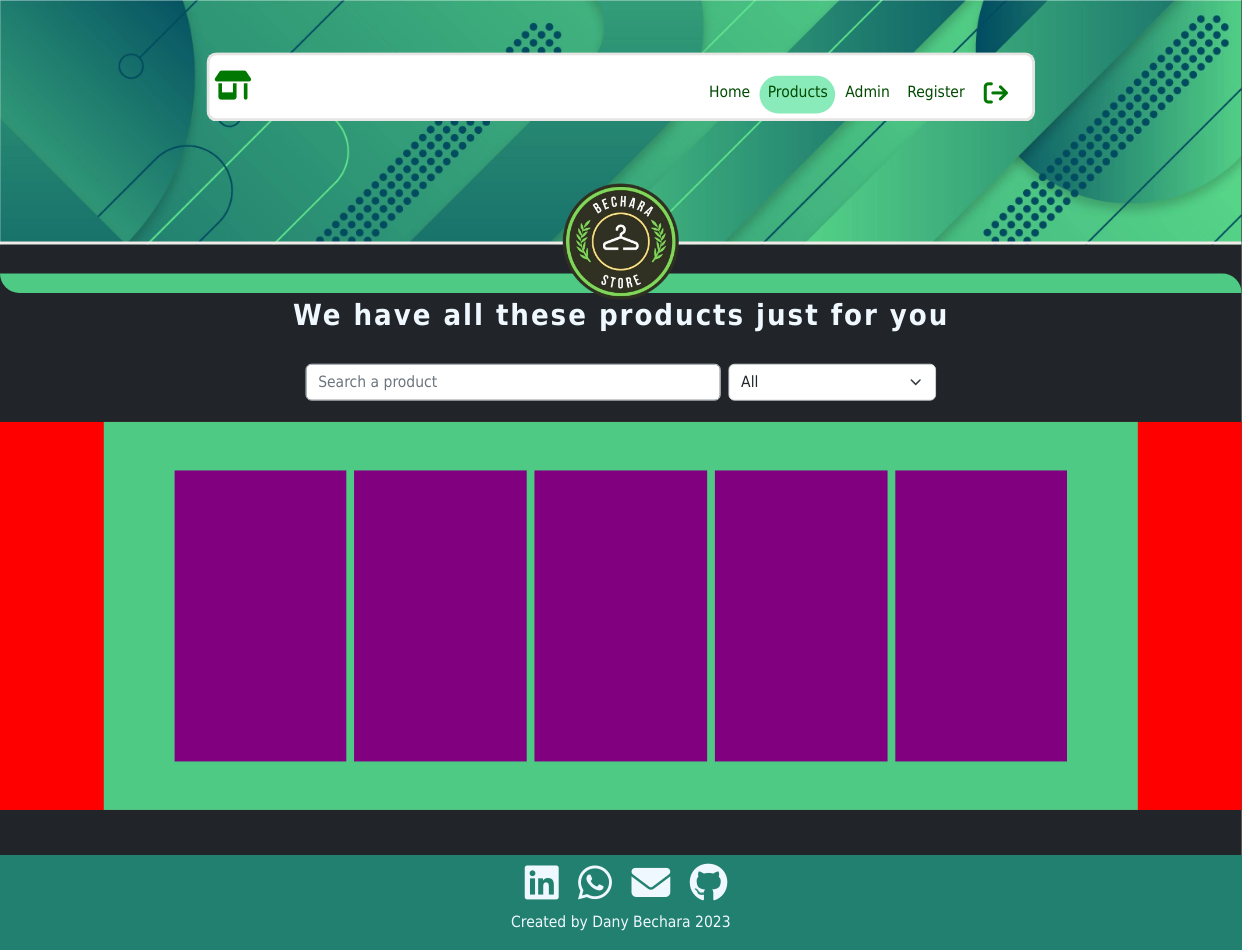
Repository: bechara611/becharastore
Page: /Products
An editor plug-in stored every save of this project. The page is shown before and after the next save, followed by the edit.
The browser window is 1280 px wide. The pictures show the whole page, at 97% of full size.
Backgrounds fixed to the window are drawn as part of the page. The project was rebuilt for these pictures with package versions that can differ from the ones it lists, and the page was loaded fresh each time. Some packages were replaced by stand-ins written for this rebuild. Also part of the build but not shown: src/hooks/useAuth.jsx, src/hooks/useForm.jsx, src/Auth/components/LoginAndRegister.css, src/Auth/components/Login.jsx, src/Auth/components/Register.jsx, src/UI/helper/ElementoActivo.js, src/UI/Components/FormularioContacto.css, src/UI/Components/FormularioContacto.jsx and 1 more.

Above is the page before, as saved 2023-02-02 08:51:26.

### public/index.html
<!DOCTYPE html>
<html lang="en">
  <head>
    <meta charset="utf-8" />
    <link rel="icon" href="%PUBLIC_URL%/favicon.ico" />
    <meta name="viewport" content="width=device-width, initial-scale=1" />
    <meta name="theme-color" content="#000000" />
    <meta
      name="description"
      content="Web site created using create-react-app"
    />
    <link rel="apple-touch-icon" href="%PUBLIC_URL%/logo192.png" />
    <link rel="preconnect" href="https://fonts.googleapis.com">
    <link rel="stylesheet" href="https://cdnjs.cloudflare.com/ajax/libs/font-awesome/6.2.1/css/all.min.css" integrity="sha512-MV7K8+y+gLIBoVD59lQIYicR65iaqukzvf/nwasF0nqhPay5w/9lJmVM2hMDcnK1OnMGCdVK+iQrJ7lzPJQd1w==" crossorigin="anonymous" referrerpolicy="no-referrer" />
<link rel="preconnect" href="https://fonts.gstatic.com" crossorigin>
<link rel="preconnect" href="https://fonts.googleapis.com">
<link rel="preconnect" href="https://fonts.gstatic.com" crossorigin>
<link href="https://fonts.googleapis.com/css2?family=Montserrat:ital,wght@0,100;0,200;0,300;0,400;0,500;0,600;0,700;0,800;0,900;1,100;1,200;1,300;1,500;1,700;1,800;1,900&family=Shadows+Into+Light&display=swap" rel="stylesheet">
<link rel="stylesheet"href="https://fonts.googleapis.com/css?family=Roboto:300,400,500,700&display=swap"/>
<!--
      manifest.json provides metadata used when your web app is installed on a
      user's mobile device or desktop. See https://developers.google.com/web/fundamentals/web-app-manifest/
    -->
    <link rel="manifest" href="%PUBLIC_URL%/manifest.json" />
    <!--
      Notice the use of %PUBLIC_URL% in the tags above.
      It will be replaced with the URL of the `public` folder during the build.
      Only files inside the `public` folder can be referenced from the HTML.

      Unlike "/favicon.ico" or "favicon.ico", "%PUBLIC_URL%/favicon.ico" will
      work correctly both with client-side routing and a non-root public URL.
      Learn how to configure a non-root public URL by running `npm run build`.
    -->

<link href="https://cdn.jsdelivr.net/npm/bootstrap@5.2.3/dist/css/bootstrap.min.css" rel="stylesheet" >


  </head>
  <body>
    <noscript>You need to enable JavaScript to run this app.</noscript>
    <div id="root"></div>
    <!--
      This HTML file is a template.
      If you open it directly in the browser, you will see an empty page.

      You can add webfonts, meta tags, or analytics to this file.
      The build step will place the bundled scripts into the <body> tag.

      To begin the development, run `npm start` or `yarn start`.
      To create a production bundle, use `npm run build` or `yarn build`.
    -->
    <script src="https://cdn.jsdelivr.net/npm/bootstrap@5.2.3/dist/js/bootstrap.bundle.min.js" integrity="sha384-kenU1KFdBIe4zVF0s0G1M5b4hcpxyD9F7jL+jjXkk+Q2h455rYXK/7HAuoJl+0I4" crossorigin="anonymous"></script>
  </body>

</html>

### src/index.css

:root {
    --verde1: rgb(2, 74, 2);
    --verde2:rgb(1, 120, 1);
    --verde3:rgb(23, 215, 119,.5);
    --verde4:rgba(78,202,132,255);
    --verde5:rgba(34,128,112,255);
  }


*{
    color: aliceblue;
    /* font-family: 'Montserrat', sans-serif; */
    font-family: 'Droid Sans', Tahoma, Geneva, Verdana, sans-serif;

}

.fondito{
    background: red;
}
.fondito2{
    background: purple;
}

### src/App.jsx
import React, { useEffect } from 'react'
import { Caparazon } from './UI/Components/Caparazon'
import { ContenedorPrincipal } from './UI/Components/ContenedorPrincipal'
import { Header } from './UI/Components/Header'
import { Footer } from './UI/Components/Footer'
import { MainCuerpo } from './UI/Components/MainCuerpo'
import { useDispatch, useSelector } from 'react-redux'
import { onResetError } from './UI/slice/uiSlice'
import Swal from 'sweetalert2'
export const App = () => {
  const uiEstado = useSelector((state)=>state.ui)
  const dispatch = useDispatch()
  useEffect(() => {
    if(uiEstado.error!==null){
      console.log(uiEstado.error)
      Swal.fire('Error',uiEstado.error,'error')
      dispatch(onResetError())

    }
  // eslint-disable-next-line react-hooks/exhaustive-deps
  }, [uiEstado.error])

  return (
    <>
      {/*Primero el caparazon de la pagina, que es un div que tiene un 100vh de altura, el cual en el obtiene a sus children:
    esto children son el Header ocupando el 30vh y el Contenedor Principal ocupando el 70vh restante.
  */}
      <Caparazon>
        <Header></Header>
        <ContenedorPrincipal> {/*El contenedor principal a su vez lleva sus hijos dos elementos, el footer que le pusimos absolute para ubicarlo de ultimo y el MainCuerpo que tienes las rutas */}
          <MainCuerpo></MainCuerpo>{/*Este MainCuerpo tiene las rutas de la aplicacion, es el main de la pagina y lo que va a cambiar dependiendo donde estemos */}


          <Footer></Footer>  {/*Este es el footer que utilizamos para el pie de pagina, tiene posicion absolute como dije anteriormnete */}
        </ContenedorPrincipal>


      </Caparazon>
    </>

  )
}

### src/store/Store.jsx
import { configureStore } from "@reduxjs/toolkit"
import authSlice from "../Auth/slice/authSlice"
import uiSlice from "../UI/slice/uiSlice"


export const store= configureStore({
    reducer:{
        auth:authSlice.reducer,
        ui:uiSlice.reducer
    },
    middleware:(getDefaultMiddleware)=>{
        return getDefaultMiddleware({serializableCheck:false})
    }
})

### src/UI/Components/Caparazon.jsx
import React from 'react'
import './Caparazon.css'
export const Caparazon = ({ children }) => {
    return (
        <>
{/*Caparazon princiapal donde el mismo tiene un flex en colum, adentro tiene sus hijos que son un div que
ocupe el 70vh donde eesta todo lo demas y el 30vh primero es del header */}
            <div className='caparazonPrincipal bg-dark'>

                {children}

            </div>
        </>
    )
}

### src/UI/Components/ContenedorPrincipal.jsx
import React from 'react'
import './ContenedorPrincipal.css'
export const ContenedorPrincipal = ({ children }) => {
  return (
    <div className='ContenedorPrincipal'>
    {/*Aca de hijos tendran las rutas para verse en el medio y el footer, este tiene un position relative para que su hijo footer pueda
  ubicarse en la parte de abajo */}
      {children}
    </div>
  )
}

### src/UI/Components/Header.jsx
import React from 'react'
import './Header.css'
import { MenuNavbar } from './MenuNavbar'
import brand from './../../img/brand2.png'


export const Header = () => {
  return (
    <>
      {/*El header ocupa el 30vh de la pagina, el primer div lo tiene, aca se incorpora el nav y el logo. */}
      <div className="header">
        <div className="col-12">


          <MenuNavbar></MenuNavbar>
          <div className="row">
            <div className="col-12 filaLogoHeader">
              <img src={brand} className='brand animate__animated animate__flip' id='brand' alt="brand" />

            </div>
          </div>

        </div>

      </div>



    </>
  )
}

### src/UI/Components/Footer.jsx
import React from 'react'
import './Footer.css'


let linkdn="https://linkedin.com/in/DanyBechara";
let correo="mailto:bechara611@gmail.com";
let blank='_blank';
let github='https://github.com/bechara611';
let whatssap='https://wa.me/584120361952';

export const Footer = () => {
  return (
    <>
      {/*Aca este footer le estamos colocando una posicion absolute y a su padre relativa para poder ubicarlo al final de su div padre */}
      <div className="footer col-12 mt-5 pt-1">
      <a href={linkdn} target={blank} className='animate__animated animate__lightSpeedInLeft'><i className=" linkdin fa-brands fa-linkedin iconoRedes"></i></a>
      <a href={whatssap} target={blank}  className='animate__animated animate__lightSpeedInLeft'><i className="whatssap fa-brands fa-whatsapp iconoRedes"></i></a>
      <a href={correo} target={blank}  className='animate__animated animate__lightSpeedInLeft'><i className="gmail fa-solid  fa-envelope iconoRedes"></i></a>
      <a href={github} target={blank}  className='  animate__animated animate__lightSpeedInLeft'><i className=" github fa-brands fa-github iconoRedes"></i></a>

     <div className="col-12 contenedor-mensaje-footer mt-1">
     <div className="col-12 contenedor-mensaje-footer">
     <p className='mensaje'>Created by Dany Bechara {new Date().getFullYear().toString()}</p>
     </div>

     </div>
      </div>
    </>

  )
}

### src/UI/Components/MainCuerpo.jsx
import React from 'react'
import { RouterApp } from '../../router/Routes'
import './MainCuerpo.css'

export const MainCuerpo = () => {

  return (
    <>
    {/*Aca se guardan las rutas como tal de la aplicacion y es llamado adentro de contenedorPrincipal */}
    <RouterApp></RouterApp>
    <div className='mb-5 pb-5'></div>
    </>
    )
}

### src/UI/slice/uiSlice.jsx
const { createSlice } = require("@reduxjs/toolkit");

const initialState={
    error:null
}
const uiSlice = createSlice({
    name:'ui',
    initialState,
    reducers:{//este reducer es para activar o desactivar un error siempre en pantalla dependiendo si cambia el estado, el mismo
        //activa una funcion que se encuentra en el archivo App.jsx, donde mostrar una ventana emergente de error en caso de que no sea null y al mismo tiempo por alla la desactiva
              // dispatch(onAsignarError({error:'Esto es un error desde el nav'}))
        onAsignarError:(state,action)=>{
            state.error=action.payload.error
        },
        onResetError:(state,action)=>{
            state.error=null
        }
    }
})

export default uiSlice;
export const {onAsignarError,onResetError} = uiSlice.actions;

### src/Auth/slice/authSlice.jsx
import { createSlice } from "@reduxjs/toolkit";

const initialState = {
    user: {
        token: 'abc123',
        _id: 1,
        name: 'Dany',
        email: 'Bechara611@gmail.com',
        level: 'admin'
    },
    status: 'logueado',
    initialDate: new Date()
}

const authSlice = createSlice({
    name: 'auth',
    initialState,
    reducers: {
        MostrarEnConsola: (state, action) => {
            console.log('Hola mundo')
        },
        onLogout: (state, action) => {

            state.status = 'no-logueado'
            state.user = {
                token: null,
                _id: null,
                name: null,
                email: null,
                level: null
            }
            state.initialDate = null;
        },
        onLogin: (state, {payload}) => {
             state.user = {
                 token: payload.token,
                 _id: payload._id,
                 name: payload.name,
                 email: payload.email,
                 level: payload.level
             }
            state.status = 'logueado'
            state.initialDate = new Date();
        },

    },

})

export const { MostrarEnConsola, onLogout, onLogin } = authSlice.actions;
export default authSlice

### src/UI/Components/Caparazon.css
/*Estilos del caparazon como tal principal*/
    /*Aca colocamos que el caparazonPrincipal ocupa toda la pantalla, y una direccion en column para que el header sea de 30vh y el resto el otro div  */
.caparazonPrincipal{
    display: flex;
    flex-direction: column;
    justify-content: space-between;
    min-height: 100vh;
  overflow-x: hidden;
  overflow-y: visible;
}

### src/UI/Components/ContenedorPrincipal.css
/*Aca al contenedor ponemos positionRelative para que el footer pueda tener una posicion absoluta y se pueda posicionar al final*/
.ContenedorPrincipal{
    min-height: 65vh;

    position: relative;
}

### src/UI/Components/Header.css
.header {
    display: flex;
    background: rgb(157, 240, 194) url("./../../img/Header2.jpg");
    background-color: rgb(18, 18, 18);
    background-repeat: no-repeat;
    background-attachment: fixed;
    background-size: cover;
    background-position: top center;
    min-height: 30%;
    height: 35vh;
    max-height: 35vh;
    width: 100%;
    min-width: 100%;
    position: relative;
    border-bottom: 3px solid rgb(244, 233, 233);
}

/*Aca estoy posicion en el medio el logo como tal del header y luego abajo le pongo una posicion absolute para moverlo*/
.filaLogoHeader {
    display: flex;
    flex-direction: row;
    justify-content: center;

}

.brand {
    width: 150px;
    height: 150px;
    max-height: 150px;
    max-width: 150px;
    min-height: 150px;
    position: absolute;
    bottom: -30%;
  z-index: 1000;

}

/*?RESPONSIVE*/


@media(max-width:500px){

    .brand {
        width: 100px;
        height:100px;
        max-height: 100px;
        max-width: 100px;
        min-height: 10px;
        position: absolute;
        z-index: 1;
        bottom: -20%;

    }
}

### src/UI/Components/MenuNavbar.jsx
import React, { useEffect } from 'react'
import { useDispatch, useSelector } from 'react-redux';
import { NavLink } from 'react-router-dom';
import { onLogout } from '../../Auth/slice/authSlice';
import { Animacionlogo } from '../helper/AnimacionAlLogo';

import './MenuNavbar.css'

export const MenuNavbar = () => {
    const authEstado = useSelector((state)=>state.auth);
    useEffect(() => {
        /**Esta parte es para colocarle al nombre del boton register cuando los dispositivos sean pequenos */
        if (window.screen.width < 350) {
            const boton = document.getElementById('navLogout');
            boton.innerHTML = 'Logout'
        }

    }, [])
    const dispatch = useDispatch();
    return (
        <>
            {/**Aca va el navBar de la aplicacion que tendra el menu */}
            <div className="col-12 contenedor-nav">
                <nav className="navbar navbar-expand-md  menunav col-8 ">


                  <NavLink to={'/'}> <i className="fa-solid fa-shop marca"></i></NavLink>


                    <button
                        className="navbar-toggler"
                        type="button"
                        data-bs-toggle="collapse"
                        data-bs-target="#navbarNavAltMarkup"
                        aria-controls="navbarNavAltMarkup"
                        aria-expanded="false"
                        aria-label="Show / Hide Menu"
                    >
                        <span className="navbar-toggler-icon"></span>
                    </button>
                    <div className="collapse navbar-collapse mt-3" id="navbarNavAltMarkup">
                        <div className="navbar-nav col-12  contenedor-interno-nav">
                            <NavLink className={ ({isActive}) => `nav-item nav-link  ${ isActive ? 'activeLink':'' }` } to={'/'} onClick={()=>Animacionlogo()}>
                            Home</NavLink>

                            <NavLink className={ ({isActive}) => `nav-item nav-link  ${ isActive ? 'activeLink':'' }` } to={'/Products'} onClick={()=>Animacionlogo()}>Products</NavLink>
                            <NavLink className={ ({isActive}) => `nav-item nav-link  ${ isActive ? 'activeLink':'' }` } to={'/admin'} onClick={()=>Animacionlogo()}>Admin</NavLink>
                            <NavLink className={ ({isActive}) => `nav-item nav-link  ${ isActive ? 'activeLink':'' }` } to={'/Register'} onClick={()=>Animacionlogo()}>Register</NavLink>
                            {
                                authEstado.status==='logueado' ?
                                <NavLink id='navLogout' className={ ({isActive}) => `nav-item nav-link ` } to={'/'} onClick={()=>{Animacionlogo()
                                    dispatch(onLogout())

                                    }}> <i title='Logout' className="fa-solid fa-arrow-right-from-bracket logout-icono"></i></NavLink>

                             :
                              <>
                              <NavLink className={ ({isActive}) => `nav-item nav-link   ${ isActive ? 'activeLink':'' }` } to={'/auth'} onClick={()=>Animacionlogo()}>Login</NavLink>
                              </>
                            }


                            </div>
                    </div>
                </nav>
            </div>
        </>
    )
}

### src/UI/Components/Footer.css
.footer{

    background: var(--verde5);
    position: absolute;
    bottom: 0%;
    display: flex;
    flex-direction: row;
    justify-content: center;
    text-align: center;
    align-items: center;
    justify-items: center;
 flex-wrap: wrap;

}

.iconoRedes{
    font-size: 40px;
    padding-left: 10px;
    margin: 5px;
}

.github:hover{
    color: #6e5494;

}

.whatssap:hover{
color: #25d366;
}

.gmail:hover{
color:#cc0000;
}
.linkdin:hover{
color:#00a0dc;
}

.contenedor-mensaje-footer{
    display: flex;
    flex-direction: row;
    justify-content: center;
    text-align: center;
    align-items: center;
    justify-items: center;
}

/*?RESPONSIVE*/

@media(max-width:255px){
    .iconoRedes{
        font-size: 30px;
        padding-left: 5px;
    }
    .mensaje{
        font-size: 10px;
    }
}

### src/router/Routes.jsx
import React from 'react'
import { Navigate, Route, Routes } from 'react-router-dom'
import { Login } from '../Auth/components/Login'
import { Register } from '../Auth/components/Register'
import { ListadoProductos } from '../Products/components/ListadoProductos'
import { Home } from '../UI/Components/Home'

/*Este componente es nuestro router, que segun la URL donde estemos mostrada:
1) Una pagina Home
2) Pagina de registro
3) Pagina de login
4) Pagina de Productos
*/

export const RouterApp = () => {
  return (
    <Routes>
    <Route path='/' element={<Home></Home>}></Route>
    <Route path='/auth' element={<Login></Login>}></Route>
    <Route path='/Register' element={<Register></Register>}></Route>
    <Route path='/Products' element={<ListadoProductos></ListadoProductos>}></Route>
    <Route path='/admin' element={<h1>Admin</h1>}></Route>
    <Route path='/*' element={<Navigate to={'/'}></Navigate>}></Route>
    </Routes>
  )
}

### src/UI/Components/MenuNavbar.css
.contenedor-nav {
    position: fixed;
    display: flex;
    flex-direction: row;
    justify-content: center;
    align-self: center;
    align-items: center;
    position: absolute;
    bottom: 50%;
    z-index: 2;

}
.marca{
 font-size: 30px;
 color: black;
 color: var(--verde2);
 padding-right: 10px;

}
.marca:hover{
    color: var(--verde5);
}
.logout-icono{
    font-size: 25px;
    color: black;
    color: var(--verde2);
    padding-right: 10px;

   }
.logout-icono:hover{
    color: var(--verde5);
}

.menunav {
    background: rgba(255, 255, 255, 1);
    border-radius: 10px;
    padding: 5px;
    border: 3px solid rgba(205, 204, 200, 0.5);
    flex-wrap: wrap;
    display: flex;

}

/*Esta parte es el contenedor que tiene el navbar de los navLink es decir, menu como tal.
Estoy diciendo que normalmente estaran a la derecha.
*/
.contenedor-interno-nav {
    display: flex;
    flex-direction: row;
    justify-content: flex-end;
    flex-wrap: wrap;

}
/*Diseno a los links como tal*/
.nav-link{
    margin-left: 2px;
    color: var(--verde1);
    font-weight: 400;
    background: rgb(44, 232, 138,0);
    border-radius: 30px;
    padding: 5px;

}
.nav-link:hover{
   color: var(--verde2)

}
.activeLink{  background: var(--verde3);
    border-radius: 30px;}

/**-----------------------------------------------------------------------------*/

/*?RESPONSIVE*/

/*Para este apartado cuando llegue a cierto tamaño como tal el nav se pondra mas abajo para que al darle al boton se abra y se pueda apreciar y no quede muy arriba*/
@media(max-width:500px) {
    .contenedor-nav {
       position: sticky;

    }
    /*Aca haces que el navBar tenga todo el tamaño al llegar a dispositivos pequeños*/
    .menunav {
        width: 100%;

    }
}

/*SERIE DE RESPONSIVES A LOS PADDING DE LAS OPCIONES DEL MENU*/

@media(max-width:375px){
    .nav-link{
        margin-left: 5px;
    }
}

@media(max-width:262px){
    .nav-link{
        margin-left: 10px;
    }
    .menunav{
        justify-content: center;
        text-align: center;
        align-items: center;
        align-self: center;
    }
}

/*Necesidad de que el nav el menu se pongan o separados o uno debajo del otro cuando se active el boton del collapse*/
@media(max-width:992px) {
    .contenedor-interno-nav {
        justify-content: space-around;
    }
}

### src/Products/components/ListadoProductos.css
.separador2{
    color: var(--verde4);
    background-color: var(--verde4);
    height: 20px;
    margin-top: 30px;
    margin-bottom: 5px;
    border-end-start-radius: 100px;
    border-top-right-radius: 100px;

}

.contenedor-busqueda{
    display: flex;
    flex-direction: row;
    justify-content: center;
    align-items: center;

    margin-top: 10px;
    padding: 10px;
}


.opcionSelect{
    color: black;
}

.contenedor-productos-padre{
    display: flex;
    flex-direction: row;
    justify-content: center;
}
.contenedor-productos-hijo{
    height: 400px;
    background: var(--verde4);
    display: flex;
    flex-direction: row;
    justify-content: center;
    justify-items: center;
    justify-self: center;
}
.contenedor-producto-hijoJr{
    height: 300px;
    align-self: center;
}

### src/UI/Components/Home.css
.PadreHome {
    justify-content: center;
    display: flex;
    flex-wrap: wrap;
    align-items: center;
    justify-items: center;

}

.separador {
    color: var(--verde5);
    background-color: var(--verde5);
    height: 20px;
    margin-top: 30px;
    margin-bottom: 5px;
    border-end-start-radius: 100px;
    border-top-right-radius: 100px;

}

.contenedor-imagen {}

.cajaImagen{
    border-bottom: 2px solid var(--verde5);
    border-radius: 10px;

}

.contenedor-escrito {
    display: flex;
    flex-direction: row;
    justify-content: center;
    flex-wrap: wrap;
    justify-content: center;
    text-align: center;
}

.contenedor-titulo {
    display: flex;
    justify-content: center;
    justify-items: center;
    justify-self: center;
    align-items: center;
    flex-wrap: wrap;
    text-align: center;
}

.titulo {
    font-weight: 800;
    font-size: 30px;
    letter-spacing: 2px;


}

.contenedor-texto {
    text-align: center;
    justify-content: center;

}

.btn-texto{}



.contenedor-contacto{
    display: flex;
    flex-direction: row;
    justify-content: center;
    align-items: center;
    flex-wrap: wrap;
}
.titulo-contacto{
    font-weight: 400;
    font-size: 30px;
    letter-spacing: 2px;

}
/*CLASES PARA ANIMACIONES*/
.opacity0{
    opacity: 0;
}

/*?RESPONSIVE*/
@media(max-width:350px){
    .titulo {

        font-size: 25px;
        padding: 2px;


    }
    .titulo-contacto{
        font-size: 25px;
        padding: 2px;
    }
}

Loaded but not shown: src/index.js (18 lines, source omitted); src/UI/helper/AnimacionAlLogo.js (9 lines, source omitted); src/Products/components/ListadoProductos.jsx (71 lines, source omitted); src/UI/Components/MainCuerpo.css (no stored copy; drawn as an empty file)

After the next save:
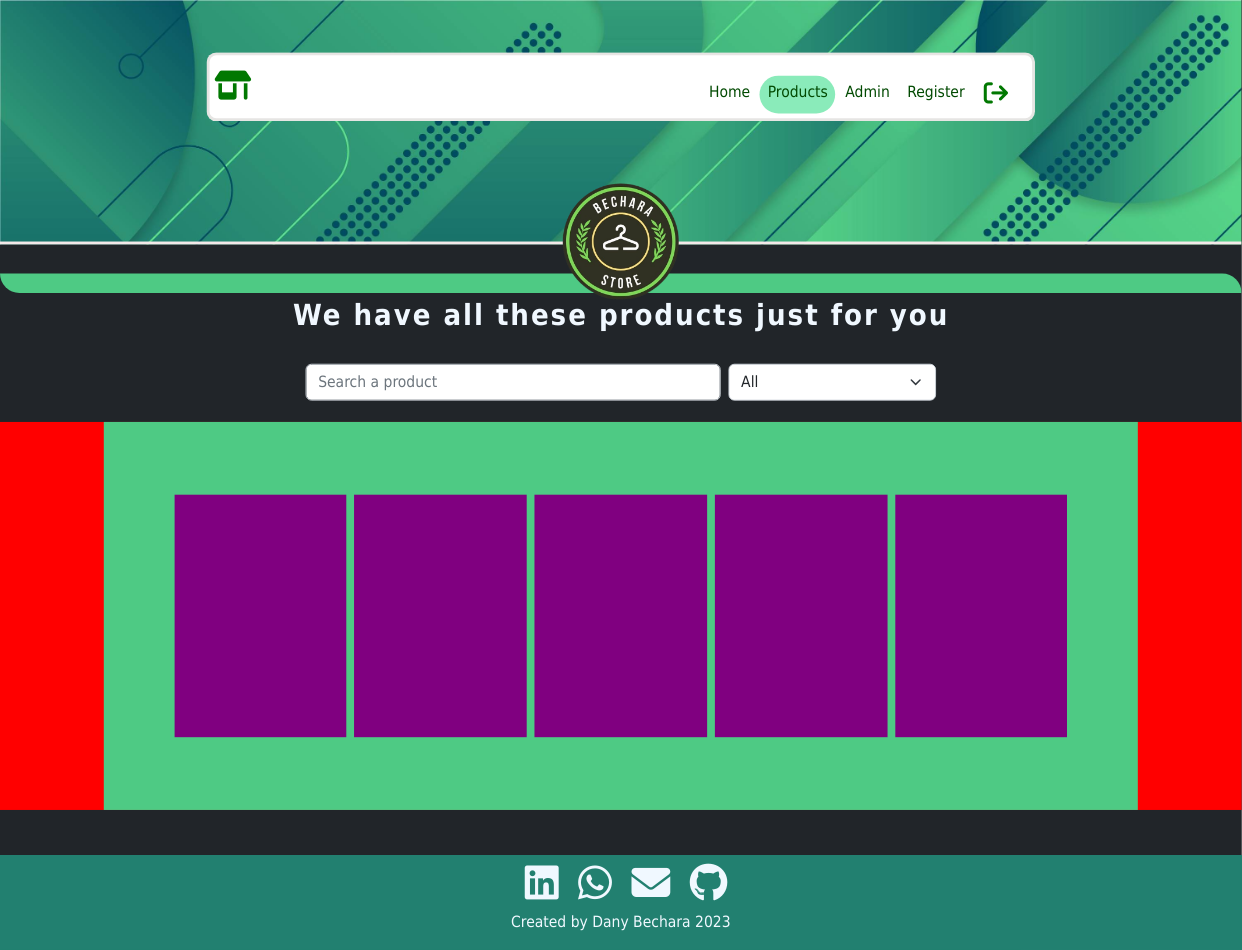
Saved 4 s later.
--- a/src/Products/components/ListadoProductos.css
+++ b/src/Products/components/ListadoProductos.css
@@ -39,6 +39,6 @@
     justify-self: center;
 }
 .contenedor-producto-hijoJr{
-    height: 300px;
+    height: 250px;
     align-self: center;
 }
